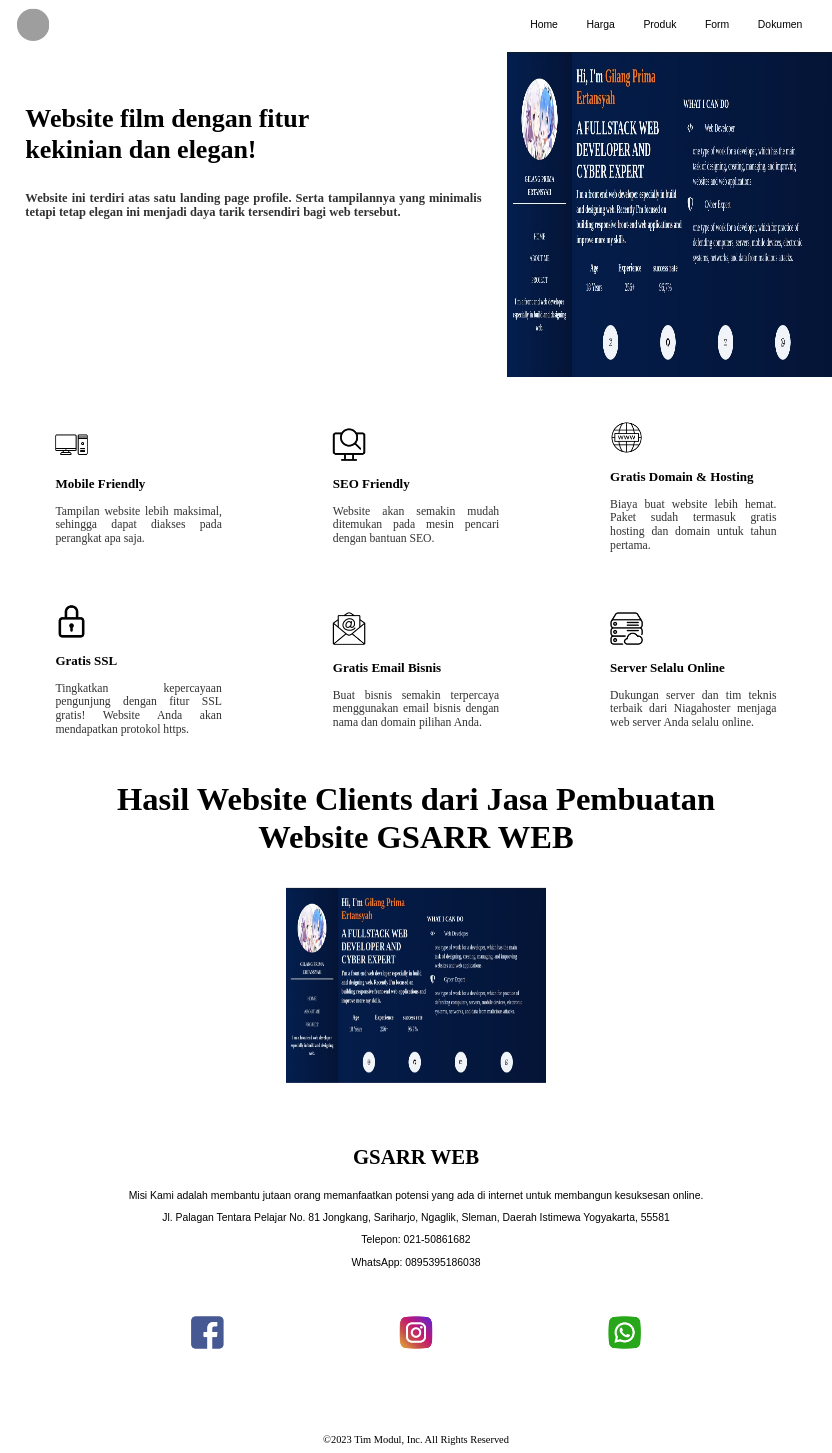
Repository: zecht12/TimModul
Page: JenisWeb/Web7.html
These files come from the project's save history. The page is drawn as it stood at one moment and after a run of saves; the edit follows.
The browser window is 1280 px wide. The pictures show the whole page, at 65% of full size.
Pictures or frames that could not be fetched are drawn as grey boxes.

Above is the page before, as saved 2023-04-26 15:20:04.

After the next 2 saves:
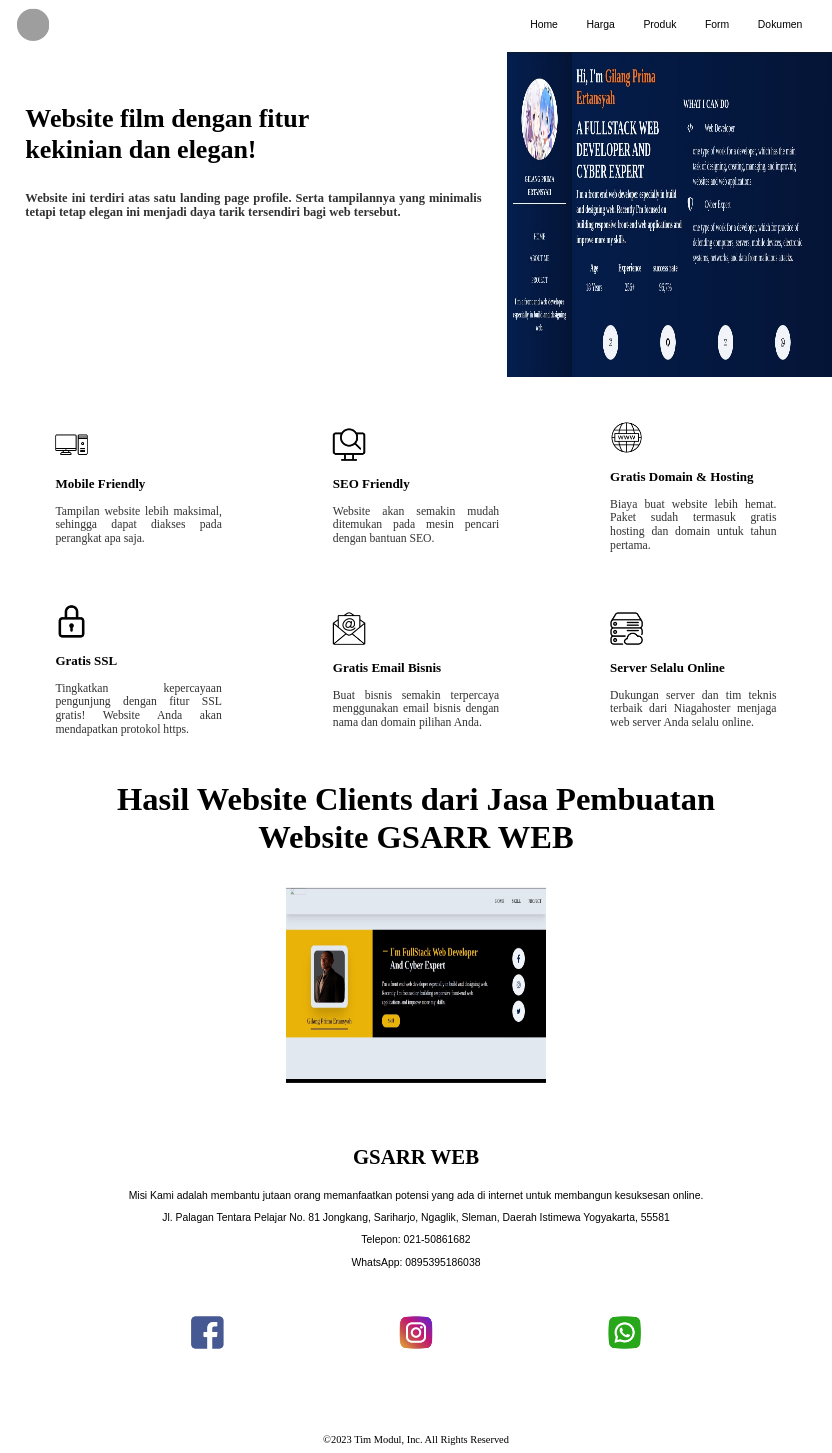
The 2 saves are shown as one change because they came seconds apart.
The last was saved 6 s later.
--- a/JenisWeb/Web7.html
+++ b/JenisWeb/Web7.html
@@ -87,7 +87,7 @@
             </div>
             <div style="display: flex; justify-content: space-around; align-items: center;">
                 <div style="display: flex; justify-content: center; align-items: center;">
-                    <img src="../assets/web4.jpg" alt="logo" width="400px" height="300px">
+                    <img src="../assets/web6.jpg" alt="logo" width="400px" height="300px">
                 </div>
             </div>
         </div>
